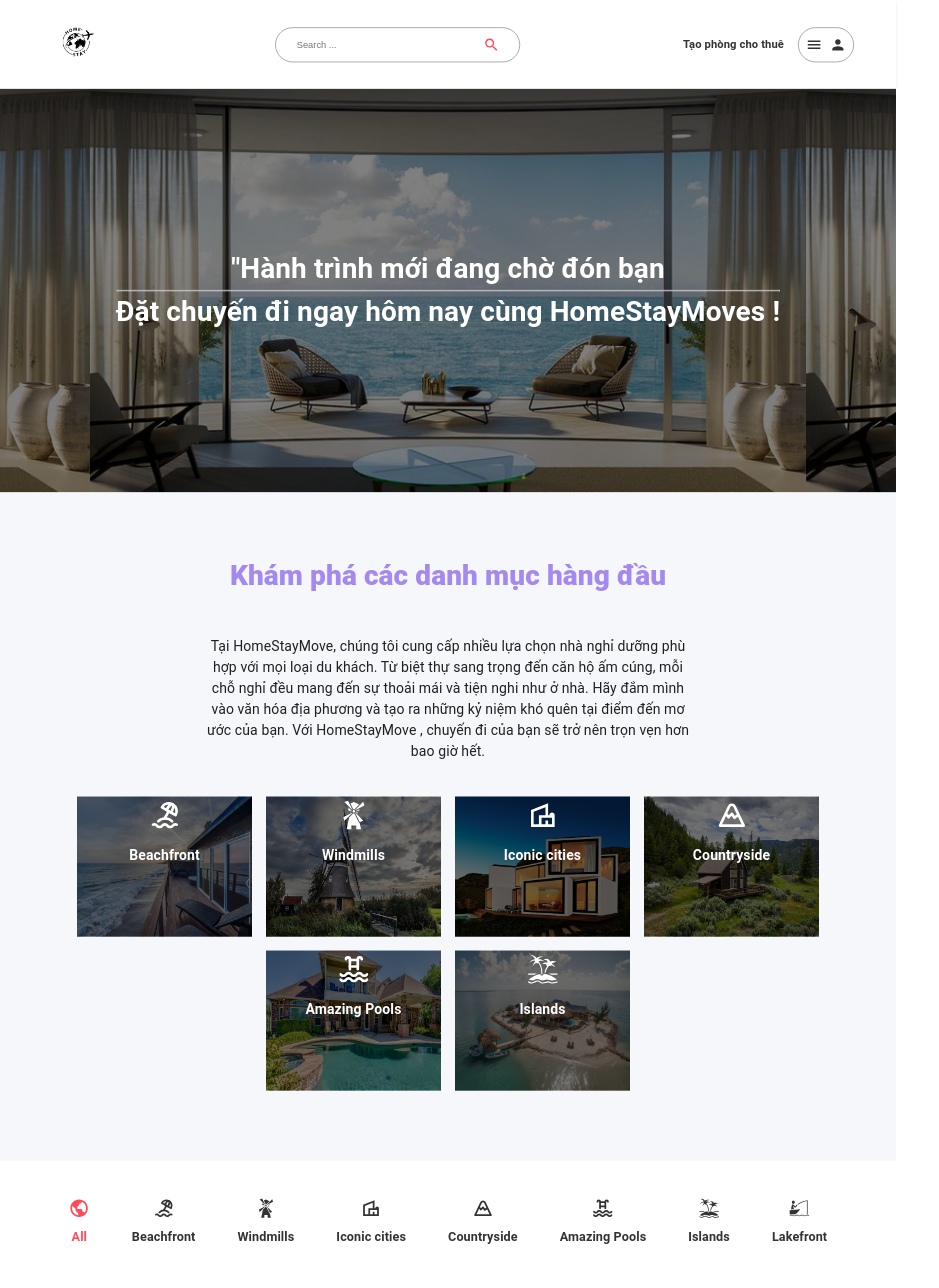
Repository: minhquang203/Homestay
Page: / (app in client/)
These files come from the project's save history. The page is drawn as it stood at one moment and after the next save; the edit follows.
The browser window is 1280 px wide. The page is 1342 px wide, so the pictures cover 1342 px, including what lies to the right of the window. The pictures show the part of the page from y = 0 to 1840 px (the page is 2879 px tall before and 2909 px after), at 70% of full size.
The page's requests for data from a server got no answer. The project was rebuilt for these pictures with package versions that can differ from the ones it lists, and the page was loaded fresh each time. No one was signed in, and anything a server would have sent is missing. Also part of the build but not shown: client/src/styles/ListingCard.scss, client/src/components/ListingCard.jsx, client/src/styles/List.scss, client/src/pages/CategoryPage.jsx, client/src/styles/CreateListing.scss, client/src/styles/variable.scss, client/src/pages/CreateListing.jsx, client/src/styles/ListingDetails.scss and 17 more.

Above is the page before, as saved 2025-04-03 23:18:15.

### client/public/index.html
<!DOCTYPE html>
<html lang="en">
  <head>
    <meta charset="utf-8" />
    <link rel="icon" href="%PUBLIC_URL%/favicon.ico" />
    <meta name="viewport" content="width=device-width, initial-scale=1" />
    <meta name="theme-color" content="#000000" />
    <meta
      name="description"
      content="Web site created using create-react-app"
    />
    <link rel="apple-touch-icon" href="%PUBLIC_URL%/logo192.png" />
    <link rel="manifest" href="%PUBLIC_URL%/manifest.json" />
    <link rel="preconnect" href="https://fonts.googleapis.com">
    <link rel="preconnect" href="https://fonts.gstatic.com" crossorigin>
    <link href="https://fonts.googleapis.com/css2?family=Nunito:ital,wght@0,200..1000;1,200..1000&display=swap" rel="stylesheet">
    <title>HomeStayMove</title>
  </head>
  <body>
    <div id="root"></div>

  </body>
</html>

### client/src/App.css
* {
  margin: 0;
  padding: 0;
  box-sizing: border-box;
  font-family: 'Nunito'sans-serif;
}

### client/src/pages/HomePage.jsx
import Categories from "../components/Categories";
import Footer from "../components/Footer";
import Listings from "../components/Listings";
import Navbar from '../components/Navbar';
import Slide from "../components/Slide";



const HomePage = () => {

  // Lấy thông tin người dùng từ Redux state
  return <div>
    <Navbar/>
    <Slide/>
    <Categories/>
    <Listings/>
    <Footer />
  </div>;
};

export default HomePage;

### client/src/components/Footer.jsx
import { Email, LocalPhone } from "@mui/icons-material";
import { Link } from "react-router-dom";
import "../styles/Footer.scss";
const Footer = () => {
  return (
    <div className="footer">
      <div className="footer_left">
        <a href="/">
          <img src="/assets/logo.png" alt="logo" />
        </a>
      </div>

      <div className="footer_center">
        <h3>Useful Links</h3>
        <ul>
          <li>
            <Link to="/about-us">About Us</Link>
          </li>
          <li>
            <Link to="/terms-and-conditions">Terms and Conditions</Link>
          </li>
          <li>
            <Link to="/return-and-refund-policy">Return and Refund Policy</Link>
          </li>
        </ul>
      </div>

      <div className="footer_right">
        <h3>Contact</h3>
        <div className="footer_right_info">
          <LocalPhone />
          <p>+84 904421394</p>
        </div>
        <div className="footer_right_info">
          <Email />
          <p>homestay@gmail.com</p>
          <p>tranminhquang082003@gmail.com</p>
        </div>
        <img src="/assets/payment.png" alt="payment" />
      </div>
    </div>
  );
};

export default Footer;

### client/src/components/Loader.jsx
import "../styles/Loader.scss";

const Loader = () => {
  return (
    <div className="loader">
      <div className="loader-inner"></div>
    </div>
  );
};

export default Loader;

### client/src/components/Navbar.jsx
import { Menu, Person, Search } from "@mui/icons-material";
import { IconButton } from "@mui/material";
import { useState } from "react";
import { useDispatch, useSelector } from "react-redux";
import { Link, useNavigate } from "react-router-dom";
import { setLogout } from "../Redux/state";
import "../styles/Navbar.scss";

const Navbar = () => {
  const [dropdownMenu, setDropdownMenu] = useState(false);
  const user = useSelector((state) => state.user);
  const dispatch = useDispatch();
  const [search, setSearch] = useState("");
  const navigate = useNavigate();

  const handleLogout = () => {
    dispatch(setLogout());
    navigate("/login");
  };

  return (
    <div className="navbar">
      <Link to="/">
        <img src="/assets/logo.png" alt="logo" />
      </Link>

      <div className="navbar_search">
        <input
          type="text"
          placeholder="Search ..."
          value={search}
          onChange={(e) => setSearch(e.target.value)}
        />
        <IconButton
          disabled={search === ""}
          onClick={() => navigate(`/properties/search/${search}`)}
        >
          <Search sx={{ color: "#ff4b5c" }} />
        </IconButton>
      </div>

      <div className="navbar_right">
        <Link
          to={user ? "/create-listing" : "/login"}
          className="navbar_right_host"
        >
          Tạo phòng cho thuê
        </Link>

        <button
          className="navbar_right_account"
          onClick={() => setDropdownMenu((prev) => !prev)}
        >
          <Menu sx={{ color: "#333" }} />
          <Person sx={{ color: "#333" }} />
        </button>

        {dropdownMenu && (
          <div
            className={`navbar_right_accountmenu ${
              dropdownMenu ? "active" : ""
            }`}
          >
            {user ? (
              <>
                <Link to="/profile">Thông Tin</Link>
                <Link to={`/${user._id}/trips`}>Danh sách chuyến đi</Link>
                <Link to={`/${user._id}/wishList`}>Yêu thích</Link>
                <Link to={`/${user._id}/properties`}>Phòng cho thuê</Link>
                <Link to={`/${user._id}/reservations`}>Đặt chỗ</Link>
                <Link to="/login" onClick={handleLogout}>
                  Đăng xuất
                </Link>
              </>
            ) : (
              <>
                <Link to="/login">Đăng nhập</Link>
                <Link to="/register">Đăng ký</Link>
              </>
            )}
          </div>
        )}
      </div>
    </div>
  );
};

export default Navbar;

### client/src/components/Categories.jsx
import { Link } from "react-router-dom";
import { categories } from "../data";
import "../styles/Categories.scss";

const Categories = () => {
  return (
    <div className="categories">
      <h1>Khám phá các danh mục hàng đầu</h1>
      <p>
        Tại HomeStayMove, chúng tôi cung cấp nhiều lựa chọn nhà nghỉ dưỡng phù hợp
        với mọi loại du khách. Từ biệt thự sang trọng đến căn hộ ấm cúng, mỗi
        chỗ nghỉ đều mang đến sự thoải mái và tiện nghi như ở nhà. Hãy đắm mình
        vào văn hóa địa phương và tạo ra những kỷ niệm khó quên tại điểm đến mơ
        ước của bạn. Với HomeStayMove , chuyến đi của bạn sẽ trở nên trọn vẹn hơn
        bao giờ hết.
      </p>

      <div className="categories_list">
        {categories?.slice(1, 7).map((category, index) => (
          <Link to={`/properties/category/${category.label}`}>
            <div className="category">
              <img src={category.img} alt={category.label} />
              <div className="overlay">
                <div className="category_text">
                  <div className="category_text_icon">
                    {category.icon}
                    <p>{category.label}</p>
                  </div>
                </div>
              </div>
            </div>
          </Link>
        ))}
      </div>
    </div>
  );
};

export default Categories;

### client/src/components/Listings.jsx
import { useEffect, useState } from "react";
import { useDispatch, useSelector } from "react-redux";
import { categories } from "../data";
import { setListings } from "../Redux/state";
import "../styles/Listings.scss";
import ListingCard from "./ListingCard";
import Loader from "./Loader";

const Listings = () => {
  const dispatch = useDispatch();
  const [loading, setLoading] = useState(true);

  const [selectedCategory, setSelectedCategory] = useState("All");

  const listings = useSelector((state) => state.listings);

  const getFeedListings = async () => {
    try {
      const response = await fetch(
        selectedCategory !== "All"
          ? `http://localhost:3002/properties?category=${selectedCategory}`
          : "http://localhost:3002/properties",
        {
          method: "GET",
        }
      );

      const data = await response.json();
      dispatch(setListings({ listings: data }));
      setLoading(false);
    } catch (err) {
      console.log("Fetch Listings Failed", err.message);
    }
  };

  useEffect(() => {
    getFeedListings();
  }, [selectedCategory]);

  return (
    <>
      <div className="category-list">
        {categories?.map((category, index) => (
          <div
            className={`category ${category.label === selectedCategory ? "selected" : ""}`}
            key={index}
            onClick={() => setSelectedCategory(category.label)}
          >
            <div className="category_icon">{category.icon}</div>
            <p>{category.label}</p>
          </div>
        ))}
      </div>

      {loading ? (
        <Loader />
      ) : (
        <div className="listings">
          {listings.map(
            ({
              _id,
              creator,
              listingPhotoPaths,
              city,
              province,
              country,
              category,
              type,
              price,
              booking = false
            }) => (
              <ListingCard
                key={_id}
                listingId={_id}
                creator={creator}
                listingPhotoPaths={listingPhotoPaths}
                city={city}
                province={province}
                country={country}
                category={category}
                type={type}
                price={price}
                booking ={booking}
              />
            )
          )}
        </div>
      )}
    </>
  );
};

export default Listings;

### client/src/components/Slide.jsx
import "../styles/Slide.scss";

const Slide = () => {
  return (
    <div className="slidePage">
      <h1>
        "Hành trình mới đang chờ đón bạn <hr/>   Đặt chuyến đi ngay hôm nay cùng
        HomeStayMoves !
      </h1>
    </div>
  );
};

export default Slide;

### client/src/styles/Footer.scss
@import "./variable.scss";
@import "./breakpoints.scss";

.footer {
  display: flex;
  justify-content: space-between;
  align-items: center;
  gap: 50px;
  padding: 10px 70px;

  @include lg {
    padding: 10px 30px;
  }

  &_left {
    max-width: 400px;

    img {
      max-width: 150px;
      margin-bottom: 20px;
    }

    &_socials {
      display: flex;
      gap: 25px;
      margin-top: 20px;

      &_icon {
        width: 40px;
        height: 40px;
        border-radius: 50%;
        background-color: $pinkred;
        display: flex;
        justify-content: center;
        align-items: center;
        cursor: pointer;
        transition: all 0.5s ease-in-out;

        &:hover {
          transform: scale(1.2);
        }
      }
    }
  }

  &_center {
    text-decoration: none;

    ul {
      list-style: none;
      margin-top: 20px;
      cursor: pointer;

      li:hover {
        color: $pinkred
      }

      a {
        text-decoration: none;
        color: black;

        &:hover {
          color: $pinkred;
        }
      }
    }

    @include md {
      display: none;
    }
  }

  &_right {
    max-width: 350px;

    h3 {
      margin-bottom: 20px;
    }

    &_info {
      display: flex;

      p {
        margin-left: 20px;
        margin-bottom: 15px;
      }
    }

    @include sm {
      display: none;
    }
  }
}

### client/src/styles/Loader.scss
.loader {
    display: flex;
    justify-content: center;
    align-items: center;
    height: 100vh;
  }

  .loader-inner {
    border: 6px solid #f3f3f3;
    border-top: 6px solid #3498db;
    border-radius: 50%;
    width: 40px;
    height: 40px;
    animation: spin 2s linear infinite;
  }

  @keyframes spin {
    0% { transform: rotate(0deg); }
    100% { transform: rotate(360deg); }
  }

### client/src/styles/Navbar.scss
@import "./breakpoints.scss";
@import "./variable.scss";

.navbar {
  padding: 10px 60px;
  display: flex;
  justify-content: space-between;
  align-items: center;
  position: relative;
  background-color: #ffff;
  box-shadow: $box-shadow-small;  // Dùng biến shadow nhỏ cho navbar

  @include media-query(sm) {
    padding: 10px 20px;
  }

  img {
    width: 100px;
    cursor: pointer;
  }

  &_search {
    border: 1px solid $grey;
    border-radius: 30px;
    height: 50px;
    padding: 0 20px;
    display: flex;
    gap: 20px;
    align-items: center;
    width: 350px;

    input {
      border: none;
      outline: none;
      flex: 1;
      padding: 5px 10px;
    }

    &:hover {
      box-shadow: $box-shadow-small;
    }

    @include media-query(lg) {
      width: 500px;
    }

    @include media-query(sm) {
      display: none;
    }
  }

  &_right {
    display: flex;
    align-items: center;
    gap: 20px;

    .navbar_right_host {
      text-decoration: none;
      color: $darkgrey;
      font-weight: 700;
      cursor: pointer;

      &:hover {
        color: $pinkred;
      }

      @include media-query(sm) {
        display: none;
      }
    }

    &_account {
      height: 50px;
      display: flex;
      align-items: center;
      padding: 0 10px;
      border: 1px solid $grey;
      border-radius: 30px;
      gap: 10px;
      background-color: #ffff;
      cursor: pointer;
      transition: box-shadow 0.3s ease;

      &:hover {
        box-shadow: $box-shadow-large;
      }

      svg {
        color: $darkgrey;
      }
    }

    &_accountmenu {
      position: absolute;
      background-color: #ffff;
      right: 60px;
      top: 80px;
      display: flex;
      flex-direction: column;
      width: 200px;
      padding: 10px 0;
      border: 1px solid $lightgrey;
      border-radius: 20px;
      box-shadow: $box-shadow-large;
      z-index: 9999;

      @include media-query(sm) {
        right: 20px;
      }

      a {
        width: 100%;
        padding: 8px 15px;
        text-decoration: none;
        color: $grey;
        font-weight: 700;
        display: block;

        &:hover {
          color: $pinkred;
          background-color: rgba(217, 213, 213, 0.2);
        }
      }
    }
  }
}

### client/src/styles/breakpoints.scss
  $breakpoints: (
    xs: 480px,
    sm: 768px,
    md: 992px,
    lg: 1200px,
    xl: 1400px
  );

  // Mixin media-query để dễ sử dụng các điểm ngắt
  @mixin media-query($size) {
    $breakpoint: map-get($breakpoints, $size);

    @if $breakpoint {
      @media (max-width: #{$breakpoint}) {
        @content;
      }
    } @else {
      @warn "Breakpoint '#{$size}' không tồn tại trong danh sách breakpoints!";
    }
  }
  @mixin sm {
    @media (max-width: map-get($breakpoints, "sm")) {
        @content;
    }
}

@mixin mm {
    @media (max-width: map-get($breakpoints, "mm")) {
        @content;
    }
}

@mixin md {
    @media (max-width: map-get($breakpoints, "md")) {
        @content;
    }
}

@mixin ml {
    @media (max-width: map-get($breakpoints, "ml")) {
        @content;
    }
}

@mixin lg {
    @media (max-width: map-get($breakpoints, "lg")) {
        @content;
    }
}

@mixin xl {
    @media (max-width: map-get($breakpoints, "xl")) {
        @content;
    }
}

  // Mixin để tạo kiểu cho button
  @mixin buttonStyle {
    padding: 10px 15px;
    background-color: $pinkred;
    border: none;
    font-size: 20px;
    font-weight: 600;
    cursor: pointer;
    transform: 0.3s ease;
    color: white;
    border-radius: 10px;
  }
  // Mixin flex-center để căn giữa các phần tử theo cả chiều ngang và dọc
@mixin flex-center {
  display: flex;
  justify-content: center;
  align-items: center;
}

### client/src/styles/Categories.scss
@import "./variable.scss";
@import "./breakpoints.scss";

.categories {
  padding: 50px 60px;
  display: flex;
  flex-direction: column;
  align-items: center;
  text-align: center;
  background-color: $lightgrey;


  h1 {
    color: $blue;
    font-size: 40px;
    font-weight: 800;
    margin-bottom: 15px;
  }

  p {
    max-width: 700px;
    font-size: 20px;
  }

  .categories_list {
    display: flex;
    flex-wrap: wrap;
    padding: 50px 0;
    justify-content: center;
    gap: 20px;

    a {
      text-decoration: none;
    }

    .category {
      position: relative;
      display: flex;
      justify-content: center;
      align-items: center;
      width: 250px;
      height: 200px;
      cursor: pointer;

      img {
        position: absolute;
        width: 100%;
        height: 100%;
      }

      .overlay {
        position: absolute;
        width: 100%;
        height: 100%;
        background-color: rgba(0, 0, 0, 0.55);
        transition: 0.3s ease-in-out;
      }

      &_text {
        position: relative;
        color: white;

        &_icon {
          font-size: 45px;
        }

        p {
          font-weight: 600;
        }
      }

      &:hover {
        .overlay {
          width: 80%;
          height: 80%;
        }
      }

    }
  }
}

### client/src/styles/Listings.scss
@import "./variable.scss";
@import "./breakpoints.scss";

.category-list {
  padding: 50px 80px;
  display: flex;
  justify-content: center;
  flex-wrap: wrap;
  gap: 60px;

  @include sm {
    padding: 50px 20px;
  }

  .category {
    display: flex;
    flex-direction: column;
    align-items: center;
    color: $darkgrey;
    cursor: pointer;

    &_icon {
      font-size: 30px;
    }

    p {
      font-size: 18px;
      font-weight: 700;
    }

    &:hover {
      color: $pinkred;
    }
  }

  .selected {
    color: $pinkred;
  }
}

.listings {
  padding: 0 60px 120px;
  display: flex;
  flex-wrap: wrap;
  justify-content: center;
  gap: 5px;

  @include lg {
    padding: 0 20px 120px;
  }
}

### client/src/styles/Slide.scss
.slidePage {
  width: 100vw;
  height: 80vh;
  background: linear-gradient(rgba(0, 0, 0, 0.5), rgba(0, 0, 0, 0.5)),
    url("../../public/assets/slide.jpg");
  background-position: center top;
  background-size: contain;

  display: flex;
  justify-content: center;
  align-items: center;
  text-align: center;
  position: relative;

  animation: moveRight 2s ease-out forwards; /* Di chuyển từ trái sang phải */
}

// /* Định nghĩa keyframe cho hiệu ứng chuyển động từ trái sang phải */
// @keyframes moveRight {
//   0% {
//     transform: translateX(-100%); /* Bắt đầu bên ngoài màn hình (trái) */
//   }
//   100% {
//     transform: translateX(0); /* Kết thúc tại vị trí ban đầu */
//   }
// }

h1 {
  padding: 40px 20px;
  font-size: 40px;
  text-align: center;
  color: white;
  z-index: 1; /* Đảm bảo văn bản luôn ở trên hình nền */
  position: relative;
}

Loaded but not shown: client/src/data.js (270 lines, source omitted); client/src/App.js (46 lines, source omitted); client/src/Redux/state.js (69 lines, source omitted); client/src/Redux/store.js (38 lines, source omitted); client/src/index.js (33 lines, source omitted)

After the next save:
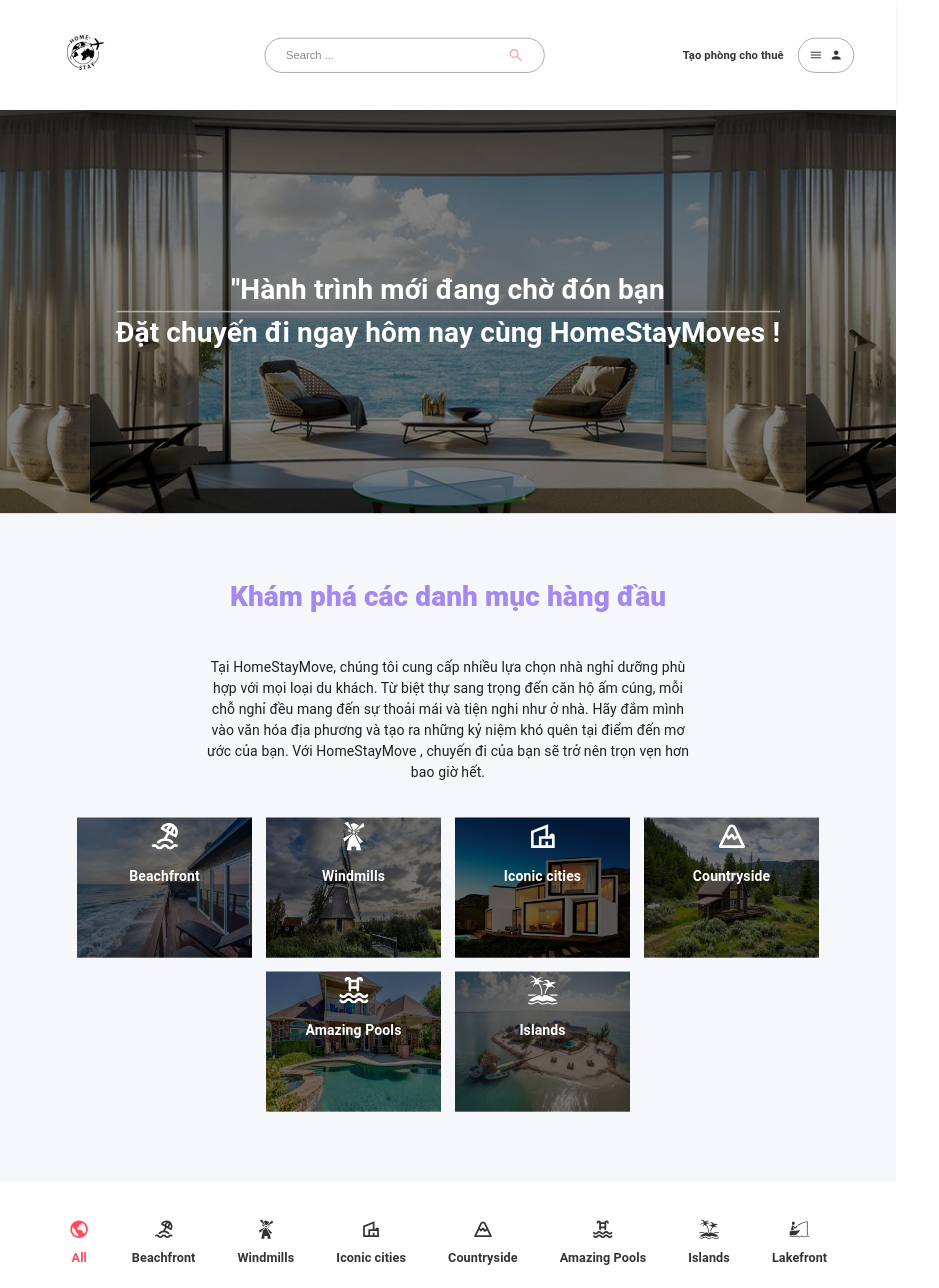
Saved 16 s later.
--- a/client/src/styles/Navbar.scss
+++ b/client/src/styles/Navbar.scss
@@ -2,21 +2,29 @@
 @import "./variable.scss";
 
 .navbar {
-  padding: 10px 60px;
+  padding: 15px 60px;
   display: flex;
   justify-content: space-between;
   align-items: center;
-  position: relative;
-  background-color: #ffff;
-  box-shadow: $box-shadow-small;  // Dùng biến shadow nhỏ cho navbar
+  position: sticky;
+  top: 0;
+  z-index: 1000;
+  background-color: $form-background;
+  box-shadow: $box-shadow-small;
+  transition: all 0.3s ease;
 
   @include media-query(sm) {
     padding: 10px 20px;
   }
 
   img {
-    width: 100px;
+    width: 120px;
     cursor: pointer;
+    transition: transform 0.3s ease;
+
+    &:hover {
+      transform: scale(1.1);
+    }
   }
 
   &_search {
@@ -25,23 +33,42 @@
     height: 50px;
     padding: 0 20px;
     display: flex;
-    gap: 20px;
+    gap: 10px;
     align-items: center;
-    width: 350px;
+    width: 400px;
+    background-color: $form-background;
+    transition: box-shadow 0.3s ease;
 
     input {
       border: none;
       outline: none;
       flex: 1;
       padding: 5px 10px;
+      font-size: 1rem;
+      color: $darkgrey;
+      background-color: transparent;
+
+      &::placeholder {
+        color: $grey;
+      }
+    }
+
+    button {
+      background: none;
+      border: none;
+      cursor: pointer;
+      display: flex;
+      align-items: center;
+      justify-content: center;
+
+      &:disabled {
+        cursor: not-allowed;
+        opacity: 0.5;
+      }
     }
 
     &:hover {
-      box-shadow: $box-shadow-small;
-    }
-
-    @include media-query(lg) {
-      width: 500px;
+      box-shadow: $box-shadow-large;
     }
 
     @include media-query(sm) {
@@ -59,6 +86,7 @@
       color: $darkgrey;
       font-weight: 700;
       cursor: pointer;
+      transition: color 0.3s ease;
 
       &:hover {
         color: $pinkred;
@@ -73,36 +101,48 @@
       height: 50px;
       display: flex;
       align-items: center;
-      padding: 0 10px;
+      padding: 0 15px;
       border: 1px solid $grey;
       border-radius: 30px;
       gap: 10px;
-      background-color: #ffff;
+      background-color: $form-background;
       cursor: pointer;
-      transition: box-shadow 0.3s ease;
+      transition: box-shadow 0.3s ease, transform 0.2s ease;
 
       &:hover {
         box-shadow: $box-shadow-large;
+        transform: translateY(-2px);
       }
 
       svg {
         color: $darkgrey;
+        font-size: 1.2rem;
       }
     }
 
     &_accountmenu {
       position: absolute;
-      background-color: #ffff;
+      background-color: $form-background;
       right: 60px;
       top: 80px;
       display: flex;
       flex-direction: column;
-      width: 200px;
+      width: 220px;
       padding: 10px 0;
       border: 1px solid $lightgrey;
-      border-radius: 20px;
+      border-radius: 12px;
       box-shadow: $box-shadow-large;
       z-index: 9999;
+      opacity: 0;
+      visibility: hidden;
+      transform: translateY(-10px);
+      transition: all 0.3s ease;
+
+      &.active {
+        opacity: 1;
+        visibility: visible;
+        transform: translateY(0);
+      }
 
       @include media-query(sm) {
         right: 20px;
@@ -110,11 +150,12 @@
 
       a {
         width: 100%;
-        padding: 8px 15px;
+        padding: 10px 15px;
         text-decoration: none;
-        color: $grey;
-        font-weight: 700;
+        color: $darkgrey;
+        font-weight: 600;
         display: block;
+        transition: background-color 0.3s ease, color 0.3s ease;
 
         &:hover {
           color: $pinkred;
@@ -123,4 +164,10 @@
       }
     }
   }
+
+  /* Hiệu ứng sticky khi cuộn */
+  &.scrolled {
+    background-color: $lightgrey;
+    box-shadow: $box-shadow-large;
+  }
 }
